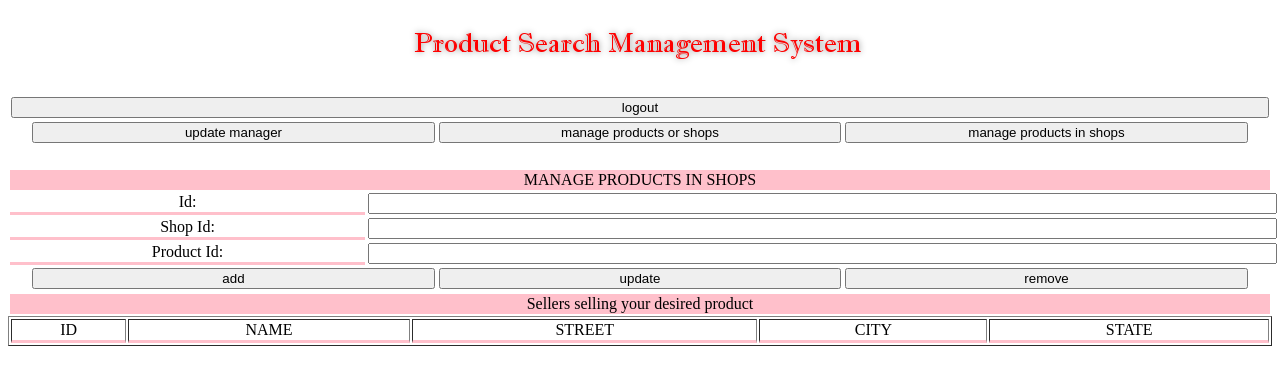
Repository: DishantVaghela/ProductSearchManagementSystem
Page: http://localhost/ProductSearchManagementSystem/manageProductsInShops.jsp
These files come from the project's save history. The page is drawn as it stood at one moment and after the next save; the edit follows.
The browser window is 1280 px wide. The pictures show the whole page.
The page is served by Tomcat 9. Queries for data that is not in the repository find no rows.

Above is the page before, as saved 2017-04-29 00:26:28.

After the next save:
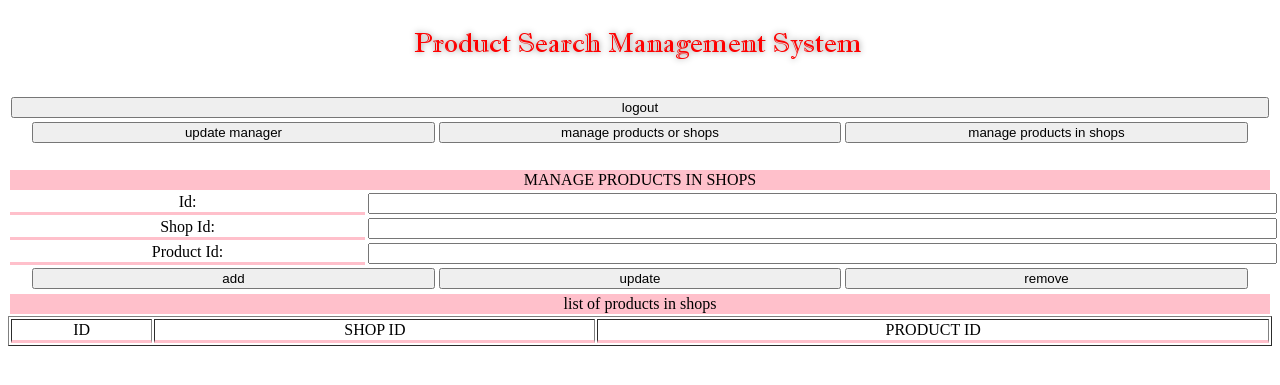
Saved 2 min 4 s later.
--- a/ProductSearchManagementSystem/WebContent/manageProductsInShops.jsp
+++ b/ProductSearchManagementSystem/WebContent/manageProductsInShops.jsp
@@ -49,16 +49,14 @@
 
 	    out.print("<table >");
 	    out.print("<tr>");
-	    out.print("<td  bgcolor=pink>Sellers selling your desired product</td></tr>");
+	    out.print("<td  bgcolor=pink>list of products in shops</td></tr>");
 	    out.println("</table>");
 	    out.print("<table border=1>");
-	    out.print("<tr><td class=\"title\" >ID</td><td class=\"title\" >NAME</td><td class=\"title\" >STREET</td><td class=\"title\" >CITY</td><td class=\"title\" 	>STATE</td></tr>");
+	    out.print("<tr><td class=\"title\" >ID</td><td class=\"title\" >SHOP ID</td><td class=\"title\" >PRODUCT ID</td></tr>");
 	   	while (rs.next()) {
 	   		out.print("<tr><td>" + rs.getString(1) + "</td>");
 		    out.print("<td>" + rs.getString(2) + "</td>");
-		    out.print("<td>" + rs.getString(3) + "</td>");
-		    out.print("<td>" + rs.getString(4) + "</td>");
-		    out.print("<td>" + rs.getString(5) + "</td></tr>");
+		    out.print("<td>" + rs.getString(3) + "</td></tr>");
 	    }
 	    out.println("</table>");
 	}
